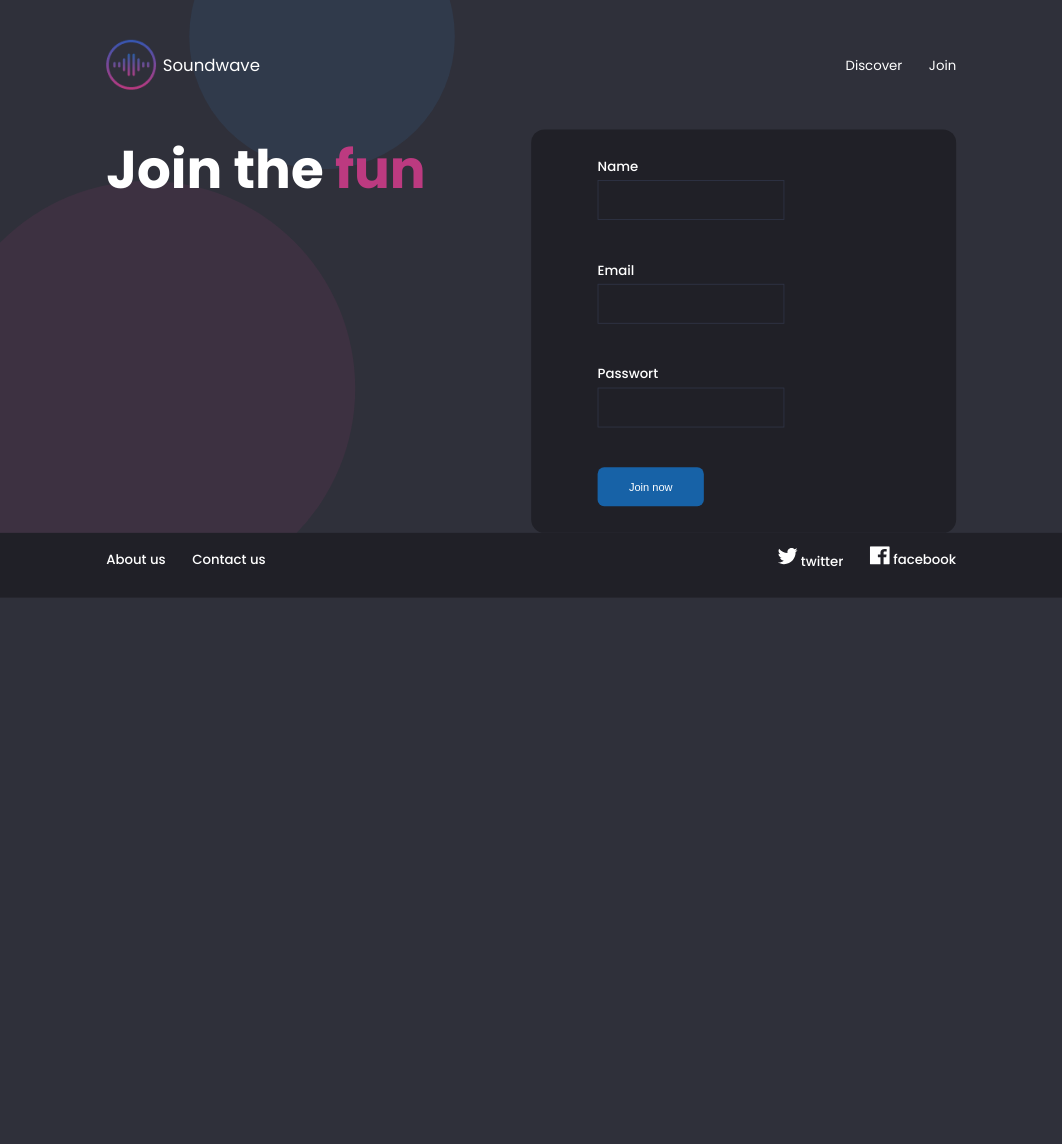
Repository: Hiiiij/soundwave
Page: pages/join.html
An editor plug-in stored every save of this project. The page is shown before and after a run of saves, followed by the edit.
The browser window is 1280 px wide. The pictures show the whole page, at 83% of full size.

Above is the page before, as saved 2020-07-06 11:21:29.

After the next 2 saves:
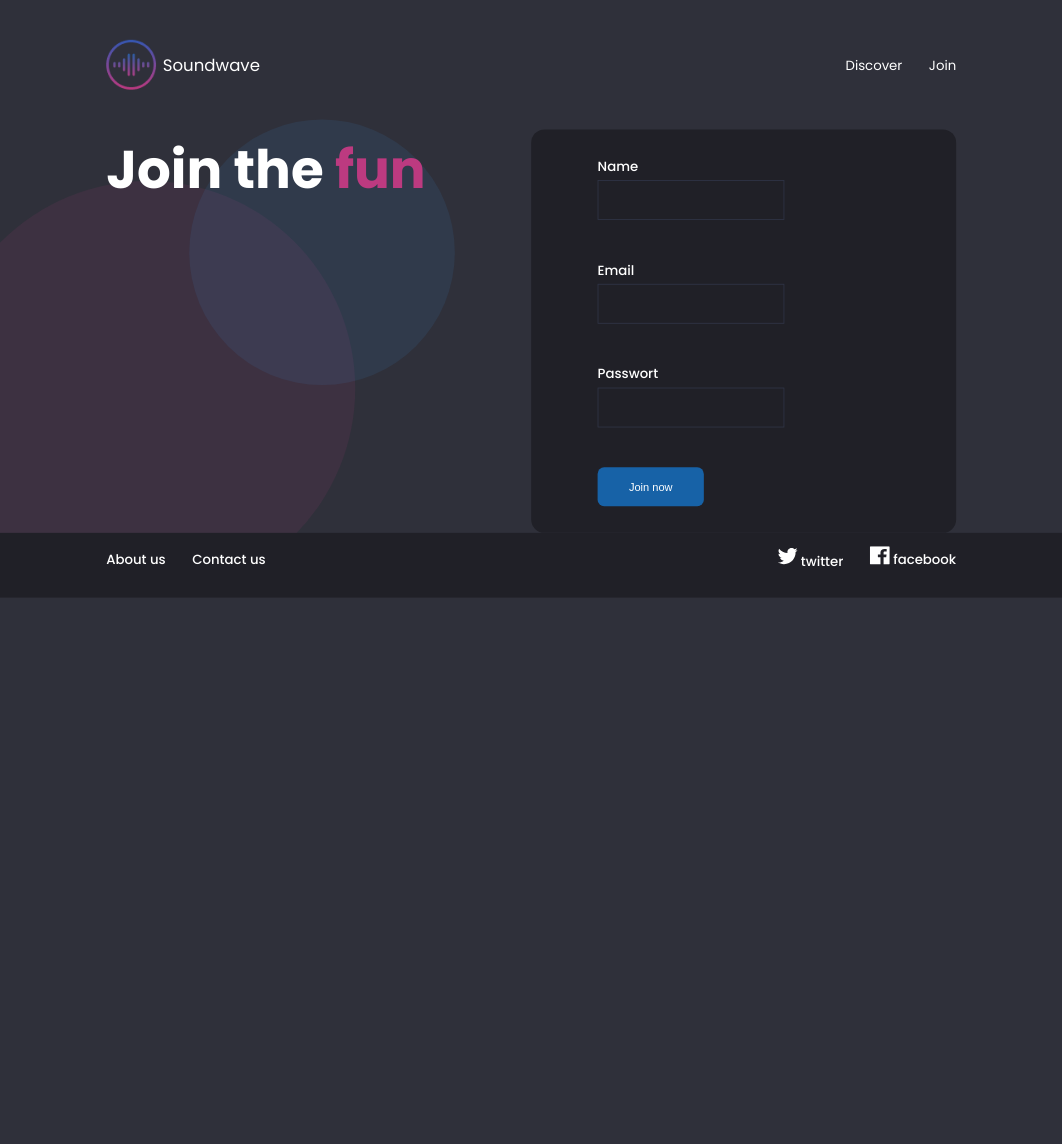
The 2 saves are shown as one change because they came seconds apart.
The last was saved 8 s later.
--- a/style.css
+++ b/style.css
@@ -277,7 +277,7 @@ transform:translateX(-15%);
     transform: translate(-200px, -50%);
 }
 span.blue.joy-2 {
-    transform: translate(-220px,-260px);
+    transform: translate(-220px,-0px);
 }
 .footer-nav {
   padding: 1rem 0;
